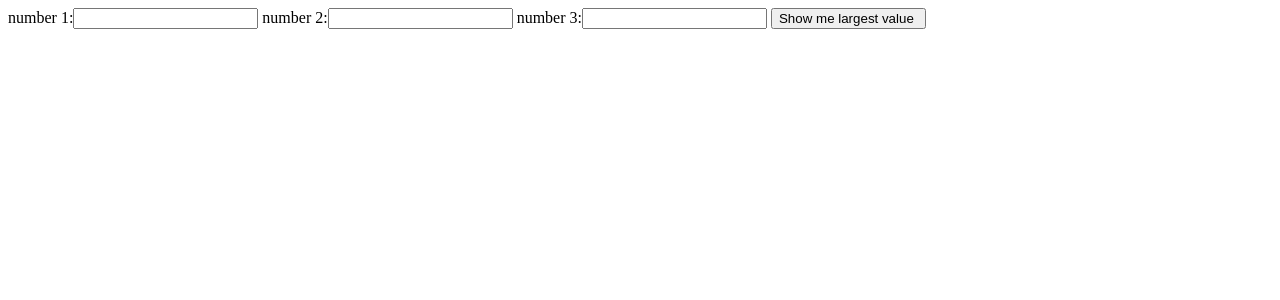
Repository: pkc189/Techment
Page: Advance Java Server Side/HelloWorld/WebContent/Largest.html
An editor plug-in stored every save of this project. The page is shown before and after the next save, followed by the edit.
The browser window is 1280 px wide. The pictures show the whole page.

Above is the page before, as saved 2021-08-20 08:14:00.

### Advance Java Server Side/HelloWorld/WebContent/Largest.html
<!DOCTYPE html>
<html>
<head>
<meta charset="ISO-8859-1">
<title>Insert title here</title>
</head>
<body>

<form action="Largest">
  number 1:<input type="text" name="n1">
  number 2:<input type="text" name="n2">
  number 3:<input type="text" name="n3">


<input value="Show me largest value " type="submit">
</form>
</body>
</html>

After the next save:
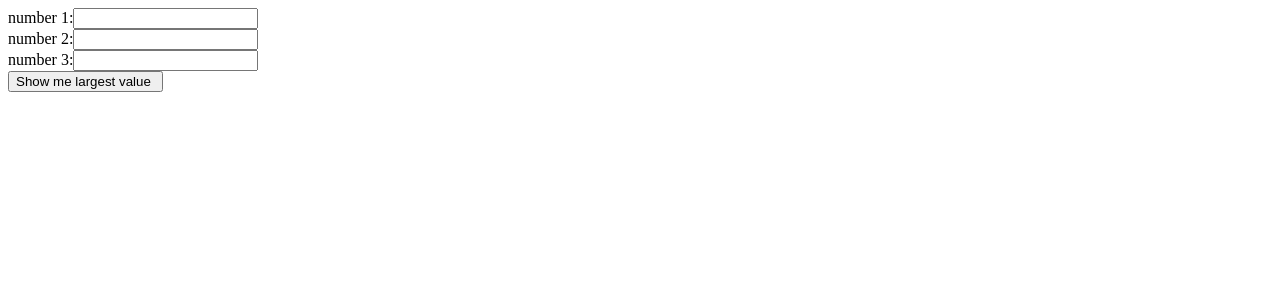
Saved 7 min 45 s later.
--- a/Advance Java Server Side/HelloWorld/WebContent/Largest.html
+++ b/Advance Java Server Side/HelloWorld/WebContent/Largest.html
@@ -8,8 +8,11 @@
 
 <form action="Largest">
   number 1:<input type="text" name="n1">
+  <br/>
   number 2:<input type="text" name="n2">
+  <br/>
   number 3:<input type="text" name="n3">
+  <br/>
 
 
 <input value="Show me largest value " type="submit">
